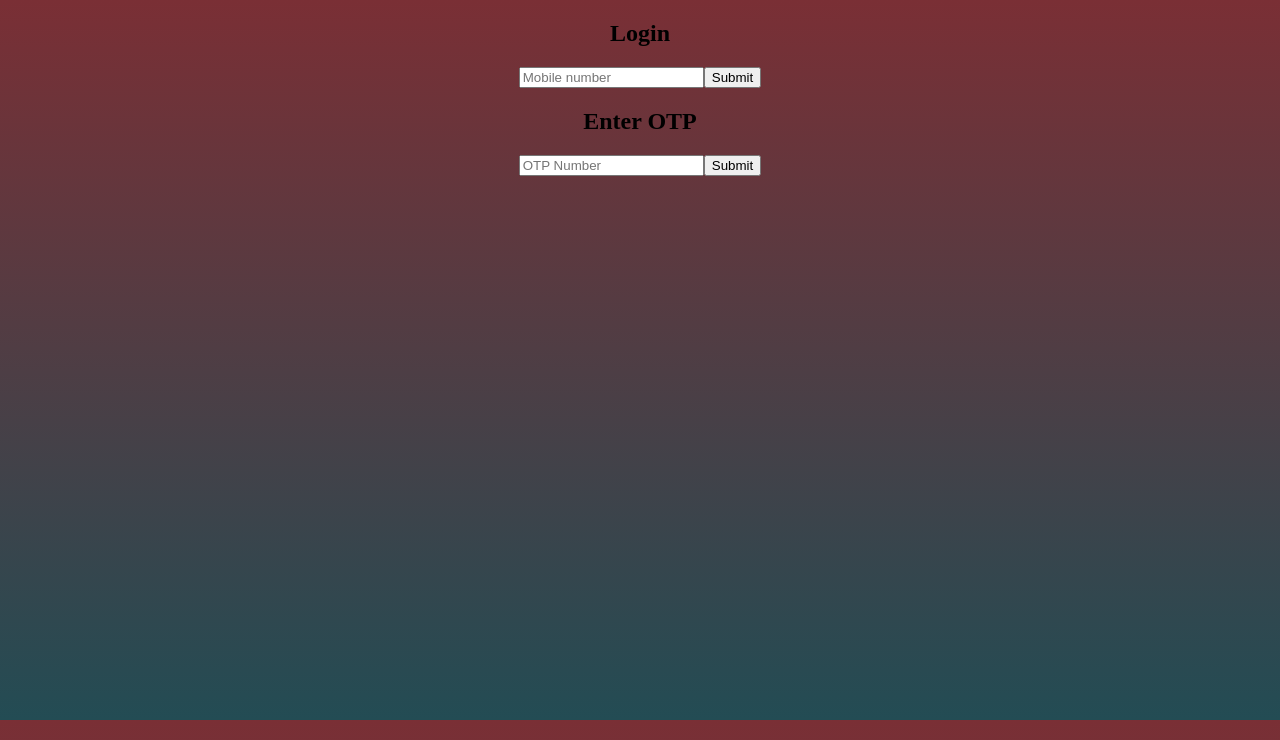
Repository: jagan607/N-Kalari
Page: /
These files come from the project's save history. The page is drawn as it stood at one moment and after the next save; the edit follows.
The browser window is 1280 px wide. The pictures show the whole page.
The project was rebuilt for these pictures with package versions that can differ from the ones it lists, and the page was loaded fresh each time. Also part of the build but not shown: src/App.css, src/components/wallet/index.css, src/services/user.service.js, src/actions/user.action.js, src/components/wallet/Wallet.js. Imported but missing from the stored project, and not drawn on this page: src/constants/user.constants, src/reducers/rootReducer.

Above is the page before, as saved 2022-01-08 16:22:31.

### src/index.css
body,
html,
.App,
#root,
.main {
  width: 100%;
  height:100%;
  scroll-behavior: smooth;

}
body{
    margin: 0;
    padding: 0;
    text-align: center;
    background-image: linear-gradient(#7A2F35, #234C54);
  }

### src/App.js
import logo from './logo.svg';
import './App.css';
import React, { Component } from "react"
import Login from './components/Login/Login'
import {Wallet} from './components/wallet/Wallet'
import {history} from './helpers/history'
import {Router, Route, Routes } from "react-router-dom";


class App extends Component {
  constructor(props) {
    super(props);
  }

  render() {
    return(
      <div>
        <Login></Login>

        {/* <Wallet></Wallet> */}

          {/* <Route exact path="/">
          </Route> */}
          {/* <Route exact path="/wallet">
            <Wallet/>
          </Route> */}
     </div>
    );
}
}

export default App;

### src/helpers/store.js
import { createStore, applyMiddleware, compose } from "redux";
import thunkMiddleware from "redux-thunk";
import { createLogger } from "redux-logger";
import rootReducer from "./../reducers/rootReducer";


const composeEnhancers = window.__REDUX_DEVTOOLS_EXTENSION_COMPOSE__ || compose;

const loggerMiddleware = createLogger();

export const store = createStore(
  rootReducer,
  composeEnhancers(applyMiddleware(thunkMiddleware, loggerMiddleware))
);

### src/components/Login/Login.js
import { render } from "@testing-library/react";
import React, { Component } from "react"
import {Wallet} from "../wallet/Wallet";
import firebase from './../../helpers/firebase'
import {history} from './../../helpers/history'
import styles from './index.css';

class Login extends Component{
    constructor(props){
        super(props);

    }


handleChange = (e) =>{
    const {name, value } = e.target
    this.setState({
        [name]: value
      })
  }
  configureCaptcha = () =>{
    window.recaptchaVerifier = new firebase.auth.RecaptchaVerifier('sign-in-button', {
      'size': 'invisible',
      'callback': (response) => {

        this.onSignInSubmit();
        console.log("Recaptca varified")
      },
      defaultCountry: "IN"
    });
  }
  onSignInSubmit = (e) => {
    e.preventDefault()
    this.configureCaptcha()
    const phoneNumber = "+91" + this.state.mobile
    console.log(phoneNumber)
    const appVerifier = window.recaptchaVerifier;
    firebase.auth().signInWithPhoneNumber(phoneNumber, appVerifier)
        .then((confirmationResult) => {

          window.confirmationResult = confirmationResult;
          console.log("OTP has been sent")

        }).catch((error) => {

          console.log("SMS not sent")
        });
  }
  onSubmitOTP = (e) =>{
    e.preventDefault()
    const code = this.state.otp
    console.log(code)
    window.confirmationResult.confirm(code).then((result) => {
      // User signed in successfully.
      const user = result.user;
      console.log(JSON.stringify(user))
      return <Wallet></Wallet>

    }).catch((error) => {

    });
  }

render(){
    return(
        <div>
        <h2 className="Login-heading">Login</h2>
        <form onSubmit={this.onSignInSubmit}>
          <div id="sign-in-button" className="btn-signin"></div>
          <input type="number" name="mobile" placeholder="Mobile number" required onChange={this.handleChange}/>
          <button type="submit">Submit</button>
        </form>

        <h2>Enter OTP</h2>
        <form onSubmit={this.onSubmitOTP}>
          <input type="number" name="otp" placeholder="OTP Number" required onChange={this.handleChange}/>
          <button type="submit">Submit</button>
        </form>
      </div>
    );
}

}

export default Login;

### src/helpers/firebase.js
import firebase from 'firebase/compat/app';
import 'firebase/compat/auth';

var firebaseConfig = {
    apiKey: "AIzaSyDZjLb_085wvPOTY7agukIuBDpo2tSR5GM",
    authDomain: "nkalari-8f0ee.firebaseapp.com",
    projectId: "nkalari-8f0ee",
    storageBucket: "nkalari-8f0ee.appspot.com",
    messagingSenderId: "627102137961",
    appId: "1:627102137961:web:5232a754646159907d6cf8",
    measurementId: "G-GL01VM6V4Y"
  };

firebase.initializeApp(firebaseConfig);

export default firebase;

### src/components/Login/index.css

.sign-in-button{
    margin-right: 4%;
    width: 8rem;
    height: 3rem;
    background: #384BF5;
    border-radius: 4px;
    color: white;
    border: none;
    max-width: 100%;

}

Loaded but not shown: public/index.html (common file); src/index.js (common file); src/reportWebVitals.js (common file); src/helpers/history.js (common file)

After the next save:
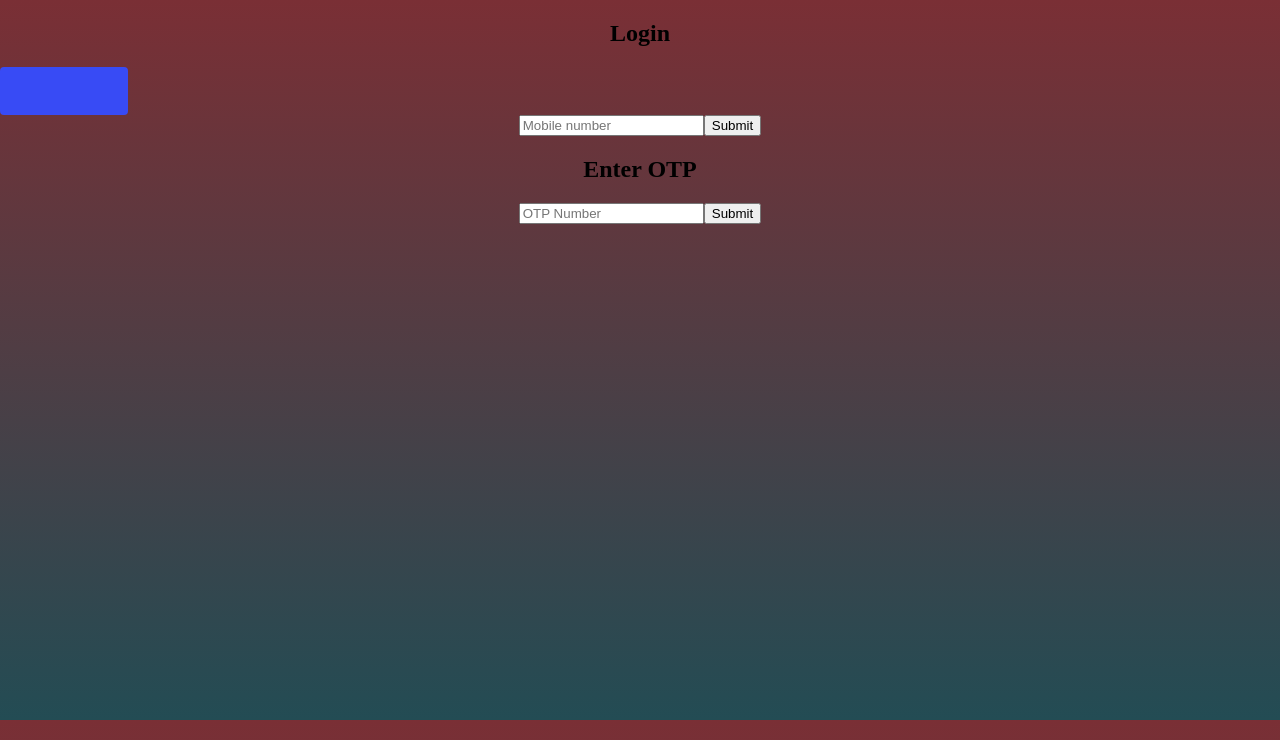
Saved 6 s later.
--- a/src/components/Login/index.css
+++ b/src/components/Login/index.css
@@ -1,5 +1,5 @@
 
-.sign-in-button{
+.btn-signin{
     margin-right: 4%;
     width: 8rem;
     height: 3rem;
